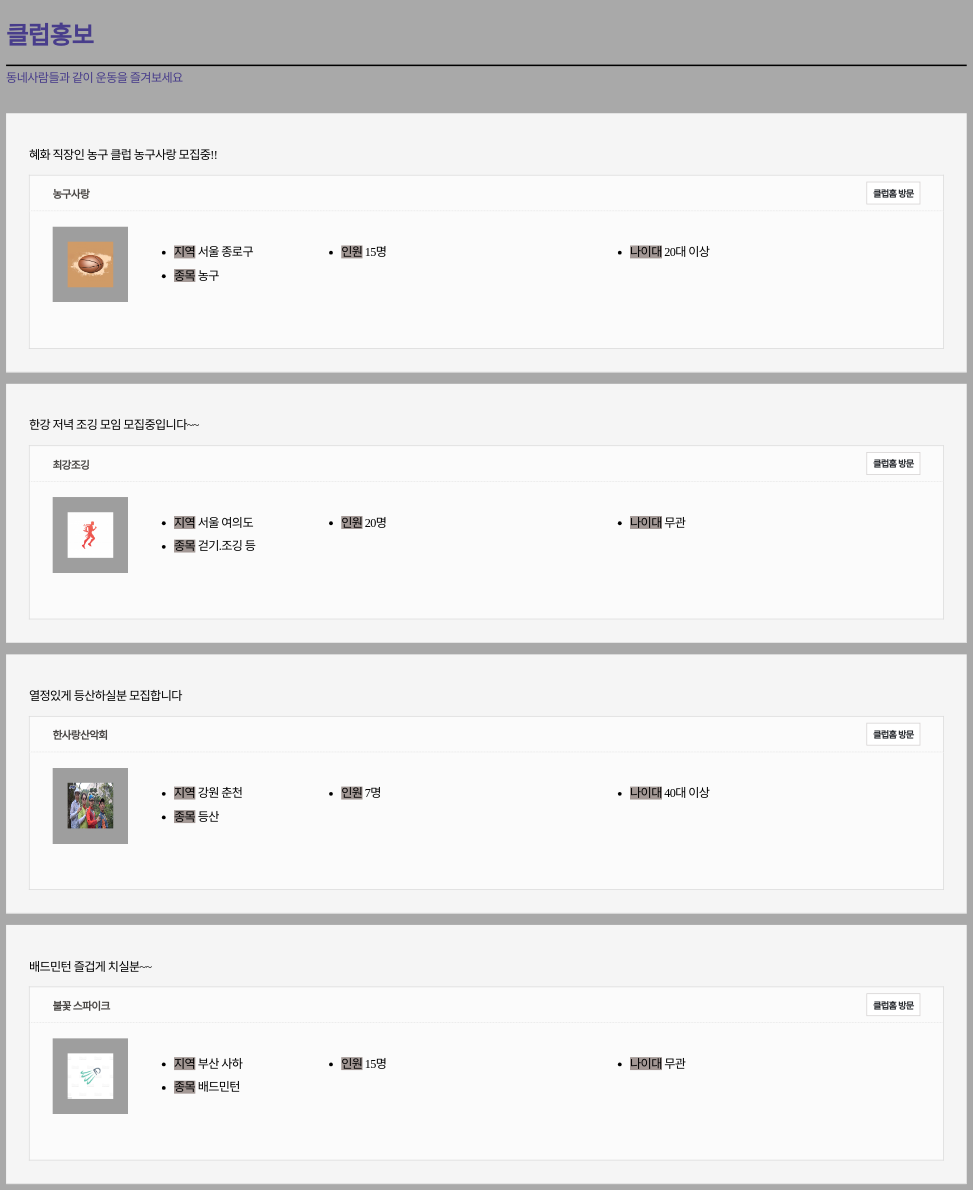
Repository: jaemin333/study
Page: club.html
An editor plug-in stored every save of this project. The page is shown before and after the next save, followed by the edit.
The browser window is 1280 px wide. The pictures show the whole page, at 76% of full size.
Pictures or frames that could not be fetched are drawn as grey boxes.

Above is the page before, as saved 2021-07-03 00:12:22.

After the next save:
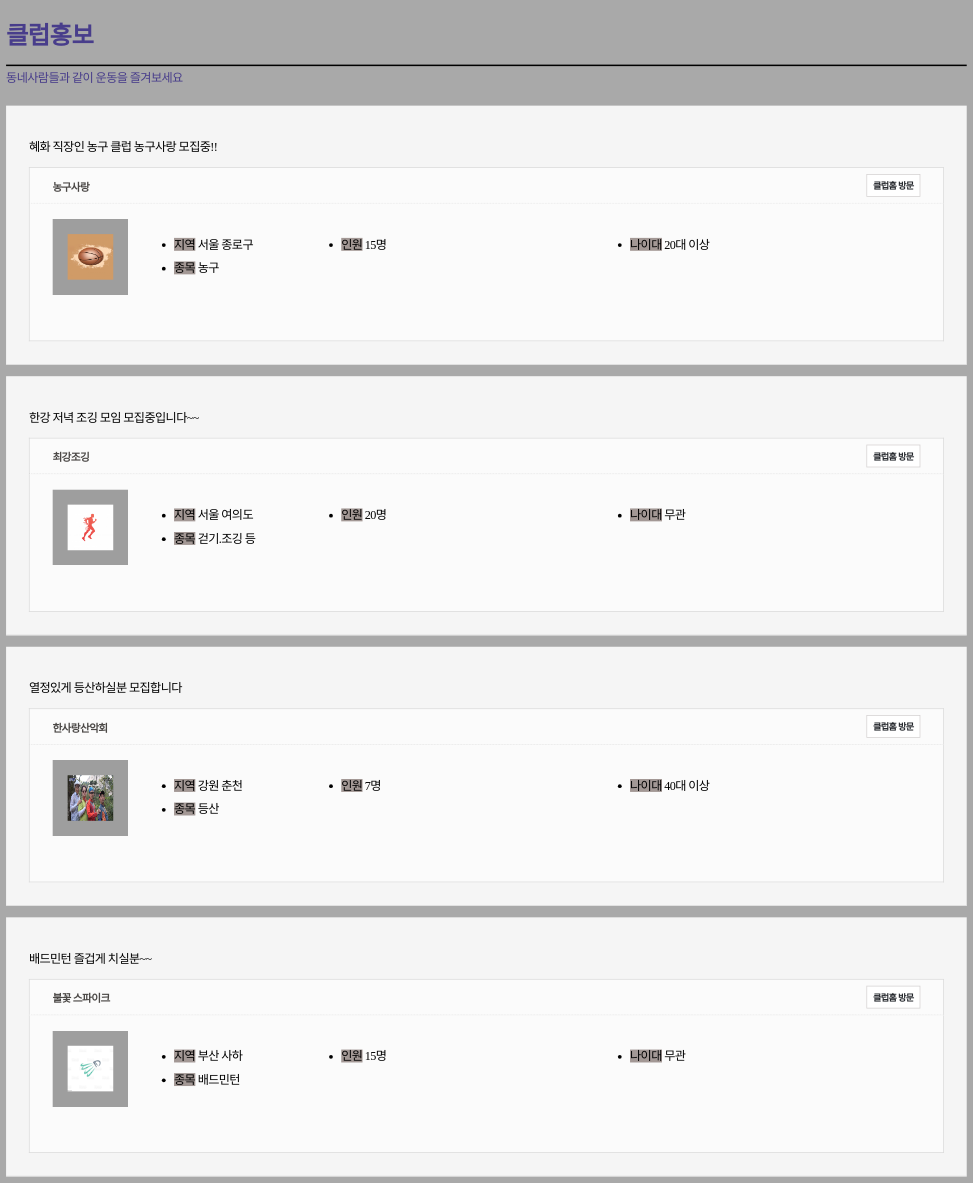
Saved 29 s later.
--- a/style.css
+++ b/style.css
@@ -140,7 +140,7 @@ p {
 .clanTop {
     position: relative;
     height: 2px;
-    padding: 45px 0 0 0;
+    padding: 35px 0 0 0;
     font-size: 13px;
     color: #999999;
     border-top: 2px solid black;
